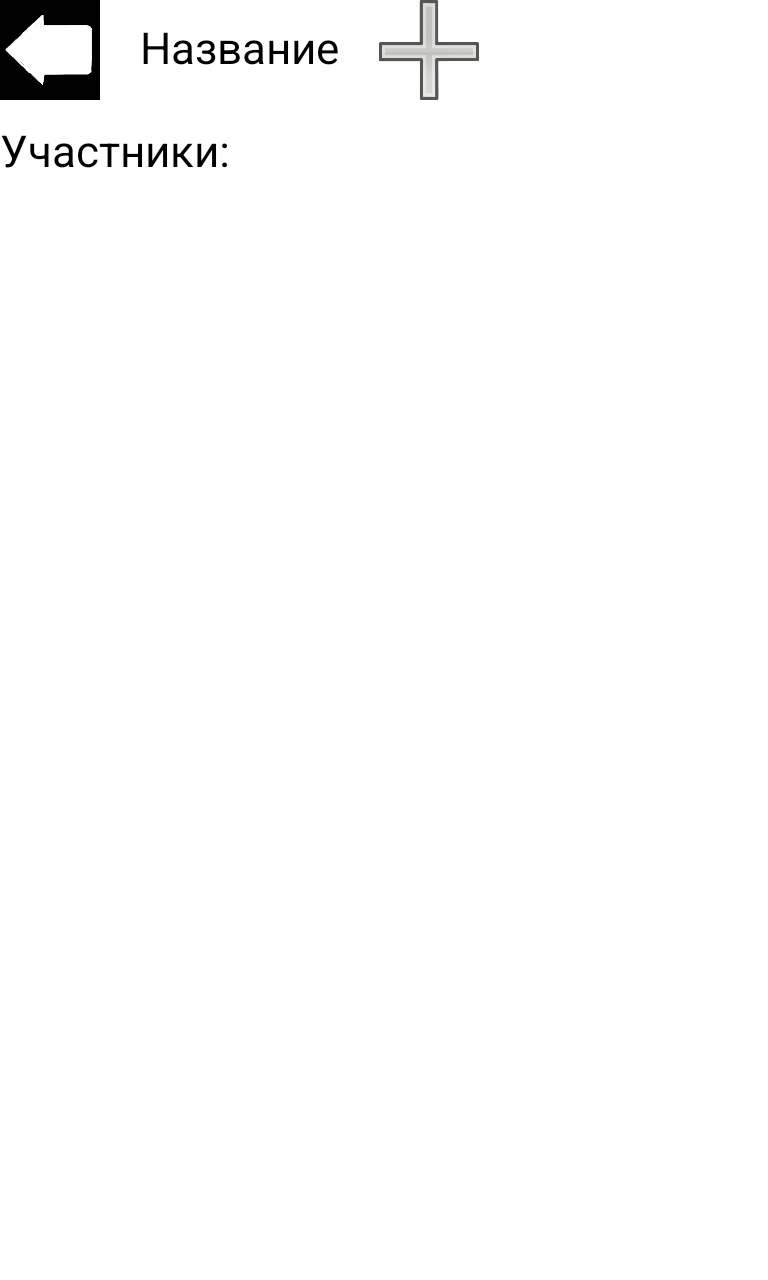
Repository: webguild/RedmineMobile
Layout: Android/RedmineAndroid/res/layout/project_settings_worker.xml
The author's editor kept a copy of each file at every save. The layout is drawn from the files as they stood at one save, then again after the next save.
It is drawn on a 768 x 1280 px phone screen (xhdpi) without system bars, with theme AppTheme; the app's code is not run. Lists and similar views that code fills are empty.

Above is the layout before, as saved 2013-01-18 13:18:49.

### Android/RedmineAndroid/res/layout/project_settings_worker.xml
<?xml version="1.0" encoding="utf-8"?>
<LinearLayout xmlns:android="http://schemas.android.com/apk/res/android"
    android:layout_width="match_parent"
    android:layout_height="match_parent"
    android:orientation="vertical" >

    <LinearLayout
        android:layout_width="match_parent"
        android:layout_height="wrap_content" >

        <Button
            android:id="@+id/button1"
            android:layout_width="50dp"
            android:layout_height="50dp"
            android:background="@drawable/backbutton" />

        <TextView
            android:id="@+id/textView1"
            android:layout_width="wrap_content"
            android:layout_height="wrap_content"
            android:layout_marginLeft="20dp"
            android:text="Название"
            android:textAppearance="?android:attr/textAppearanceLarge" />

        <Button
            android:id="@+id/button2"
            android:layout_width="50dp"
            android:layout_height="50dp"
            android:layout_marginLeft="20dp"
            android:background="@drawable/greyplus" />

    </LinearLayout>

    <TextView
        android:id="@+id/textView2"
        android:layout_width="wrap_content"
        android:layout_height="wrap_content"
        android:layout_marginTop="10dp"
        android:text="Участники:"
        android:textAppearance="?android:attr/textAppearanceLarge" />

    <ScrollView
        android:layout_width="fill_parent"
        android:layout_height="wrap_content"
        android:background="#fff" >

    <FrameLayout
        android:layout_width="300dp"
        android:layout_height="wrap_content" >

        <ListView
            android:id="@+id/listView1"
            android:layout_width="300dp"
            android:layout_height="500dp" >
        </ListView>

    </FrameLayout>
 </ScrollView>
</LinearLayout>

### Android/RedmineAndroid/res/drawable/customborder.xml
<?xml version="1.0" encoding="utf-8"?>
<shape xmlns:android="http://schemas.android.com/apk/res/android"
    android:shape="rectangle" >
   <corners android:radius="2dp"/>
   <padding android:left="3dp" android:right="3dp" android:top="3dp" android:bottom="3dp"/>
   <solid android:color="#000000"/>


</shape>

Loaded but not shown: Android/RedmineAndroid/res/values/styles.xml (common file); Android/RedmineAndroid/res/values-v11/styles.xml (common file)

After the next save:
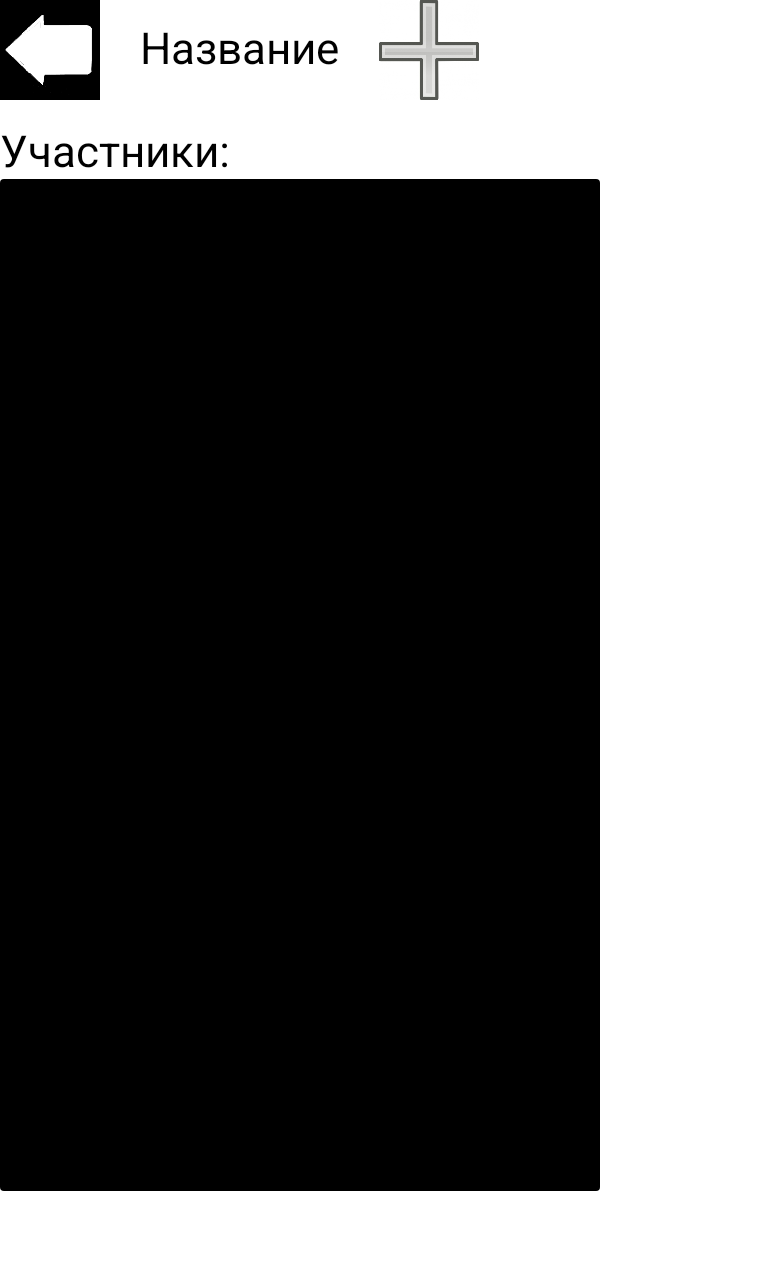
Saved 88 s later.
--- a/Android/RedmineAndroid/res/layout/project_settings_worker.xml
+++ b/Android/RedmineAndroid/res/layout/project_settings_worker.xml
@@ -2,6 +2,7 @@
 <LinearLayout xmlns:android="http://schemas.android.com/apk/res/android"
     android:layout_width="match_parent"
     android:layout_height="match_parent"
+    android:background="#FFF"
     android:orientation="vertical" >
 
     <LinearLayout
@@ -46,7 +47,8 @@
 
     <FrameLayout
         android:layout_width="300dp"
-        android:layout_height="wrap_content" >
+        android:layout_height="wrap_content"
+        android:background="@drawable/customborder" >
 
         <ListView
             android:id="@+id/listView1"

After the save that followed:
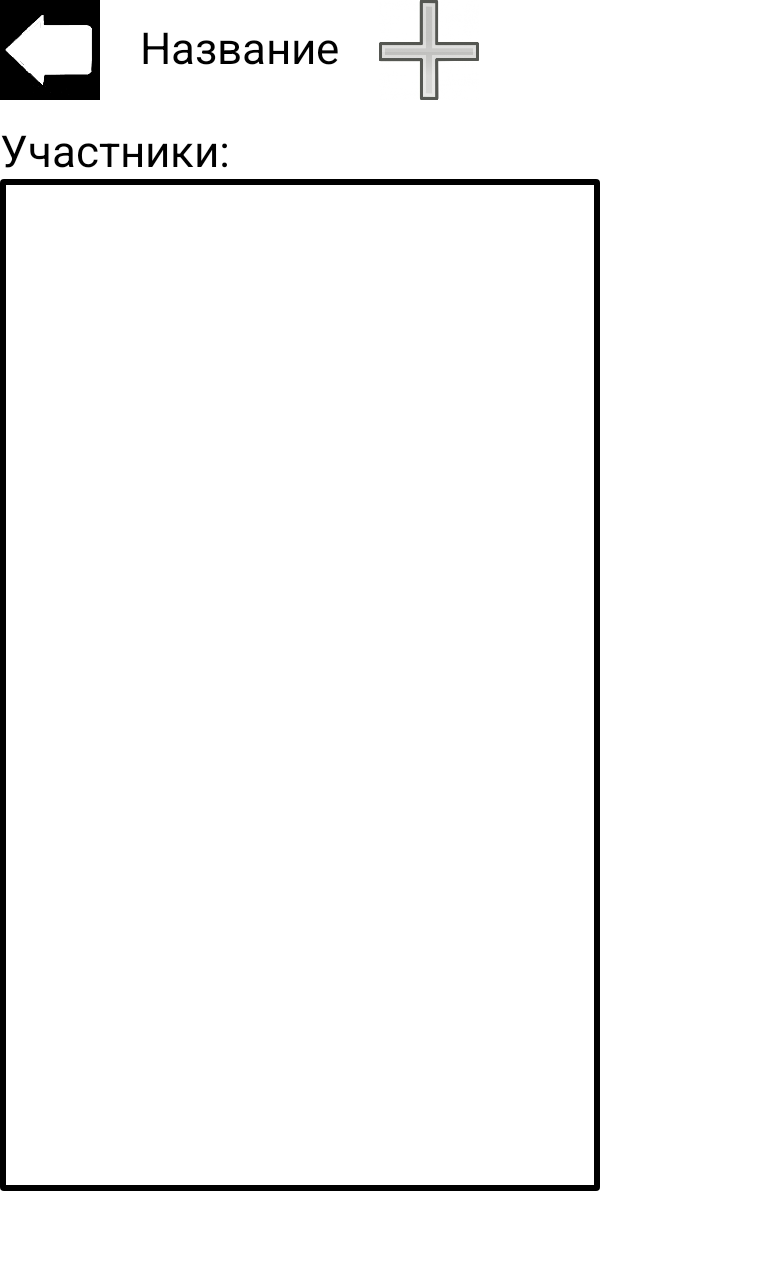
Saved 17 s later.
--- a/Android/RedmineAndroid/res/layout/project_settings_worker.xml
+++ b/Android/RedmineAndroid/res/layout/project_settings_worker.xml
@@ -53,7 +53,9 @@
         <ListView
             android:id="@+id/listView1"
             android:layout_width="300dp"
-            android:layout_height="500dp" >
+            android:layout_height="500dp"
+            android:background="#fff" >
+
         </ListView>
 
     </FrameLayout>
